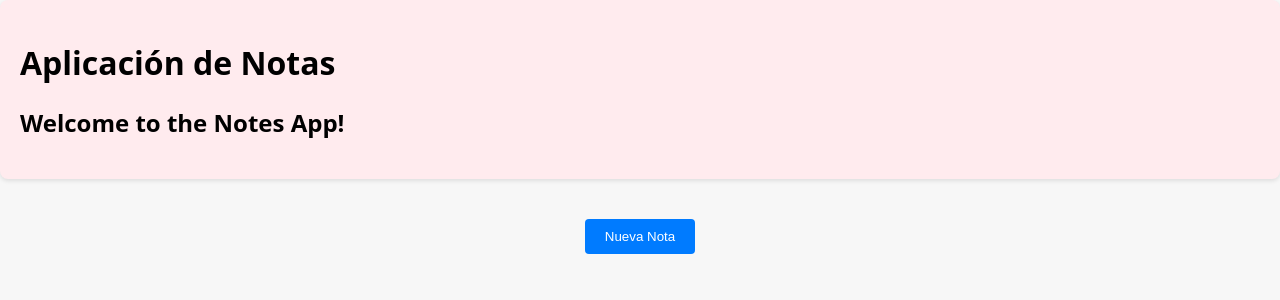
Repository: xunxuno/aplicacion_web_notas
Page: / (app in notas_web_app/)
The author's editor kept a copy of each file at every save. The page is drawn from the files as they stood at one save, then again after the next save.
The browser window is 1280 px wide. The pictures show the whole page.
The project was rebuilt for these pictures with package versions that can differ from the ones it lists, and the page was loaded fresh each time. Also part of the build but not shown: notas_web_app/vite.config.ts, notas_web_app/src/components/Note.tsx, notas_web_app/src/components/NoteCollection.tsx, notas_web_app/src/components/NoteModal.tsx.

Above is the page before, as saved 2024-10-03 11:24:51.

### notas_web_app/src/main.tsx
import React from 'react';
import ReactDOM from 'react-dom/client'; // Cambiado a ReactDOM para el nuevo root API
import App from './App';
import { NotesProvider } from './contexts/NotesContext';
import './styles.css';

ReactDOM.createRoot(document.getElementById('root')!).render(
  <React.StrictMode>
    <NotesProvider>
      <App />
    </NotesProvider>
  </React.StrictMode>,
);

### notas_web_app/src/App.tsx
// src/App.tsx
import React, { useState, useContext, useEffect } from 'react';
import { NotesProvider, NotesContext } from './contexts/NotesContext';
import NoteCollection from './components/NoteCollection';
import NoteModal from './components/NoteModal';
import './styles.css';
import AppBar from './components/AppBar';
import { DndProvider } from 'react-dnd';
import { HTML5Backend } from 'react-dnd-html5-backend';

interface Note {
  id: string;
  title: string;
  content: string;
  collectionId: string;
}

interface NoteCollectionInterface {
  id: string;
  notes: Note[];
}

const App: React.FC = () => {
  const [isModalOpen, setModalOpen] = useState(false);
  const [activeCollectionId, setActiveCollectionId] = useState<string | null>(null);
  const { state, dispatch } = useContext(NotesContext);

  useEffect(() => {
    console.log("Actualización de colecciones:");
    state.collections.forEach((collection: NoteCollectionInterface) => {
      console.log(`Notas en la colección ${collection.id}:`);
      collection.notes.forEach((n: Note) => {
        console.log(`Nota ID: ${n.id}, Título: ${n.title}, Contenido: ${n.content}`);
      });
    });
  }, [state.collections]);

  const handleAddNote = (note: Omit<Note, 'id'>) => {
    // Usa el ID de colección disponible en el estado
    const collectionIdToUse = state.nextCollectionId.toString();

    // Crea la nota con el ID de colección y luego incrementa el siguiente ID
    dispatch({
      type: 'ADD_NOTE',
      payload: { collectionId: collectionIdToUse, note },
    });

    // Incrementa el ID de colección para la próxima nota
    dispatch({ type: 'INCREMENT_COLLECTION_ID' });

    setModalOpen(false);
  };

  const handleOpenModal = () => {
    if (state.collections.length === 0) {
      setActiveCollectionId(null);
    } else {
      setActiveCollectionId(state.collections[0].id);
    }
    setModalOpen(true);
  };

  return (
    <NotesProvider>
      <DndProvider backend={HTML5Backend}>
        <AppBar />
        <div className="app-container">
          <div className="button-container">
            <button className="add-note-button" onClick={handleOpenModal}>
              Nueva Nota
            </button>
          </div>

          <div className="collections-container">
            {state.collections.map((collection: NoteCollectionInterface) => (
              <NoteCollection
                key={collection.id}
                collection={collection}
                onNoteClick={(noteId) => {
                  console.log("Nota ID:", noteId);
                }}
                onCollectionClick={() => setActiveCollectionId(collection.id)}
                onNoteMove={(noteId, targetCollectionId) => {
                  dispatch({ type: 'MOVE_NOTE', payload: { noteId, targetCollectionId } });
                }}
                onDelete={(noteId) => {
                  dispatch({ type: 'DELETE_NOTE', payload: { noteId } });
                }}
              />
            ))}
          </div>

          {isModalOpen && (
            <NoteModal
              onClose={() => setModalOpen(false)}
              onAddNote={handleAddNote}
              activeCollectionId={activeCollectionId!}
            />
          )}
        </div>
      </DndProvider>
    </NotesProvider>
  );
};

export default App;

### notas_web_app/src/contexts/NotesContext.tsx
import React, { createContext, useReducer, ReactNode } from 'react';

interface Note {
  id: string;
  title: string;
  content: string;
}


interface NoteCollectionInterface {
  id: string; // ID de la colección, generado de manera secuencial
  notes: Note[]; // Lista de notas en la colección
}

interface NotesState {
  collections: NoteCollectionInterface[];
  nextNoteId: number; // Para los IDs de las notas
  nextCollectionId: number; // Para los IDs de las colecciones
}



interface AddNoteAction {
  type: 'ADD_NOTE';
  payload: {
    collectionId: string;
    note: Note;
  };
}

interface DeleteNoteAction {
  type: 'DELETE_NOTE';
  payload: {
    collectionId: string;
    noteId: string;
  };
}

interface MoveNoteAction {
  type: 'MOVE_NOTE';
  payload: {
    noteId: string;
    targetCollectionId: string;
  };
}
type NotesAction = AddNoteAction | DeleteNoteAction | MoveNoteAction;

const initialState: NotesState = {
  collections: [],
  nextNoteId: 1, // Empieza desde 1 para el ID de notas
  nextCollectionId: 1, // Empieza desde 1 para el ID de colecciones
};



const NotesContext = createContext<any>(null);

// Reducer para manejar las acciones
const notesReducer = (state: NotesState, action: NotesAction): NotesState => {
  switch (action.type) {
    case 'ADD_NOTE':
      const newNoteId = state.nextNoteId; // ID de la nueva nota
      const collectionId = action.payload.collectionId || state.nextCollectionId.toString();

      // Verificar si la colección ya existe
      const collectionExists = state.collections.some(collection => collection.id === collectionId);

      const updatedCollections = collectionExists
        ? state.collections.map(collection => {
            if (collection.id === collectionId) {
              const newNote = {
                ...action.payload.note,
                id: newNoteId.toString(), // Asigna el nuevo ID a la nota
              };
              return {
                ...collection,
                notes: [...collection.notes, newNote],
              };
            }
            return collection;
          })
        : [
            ...state.collections,
            {
              id: state.nextCollectionId.toString(), // Crea una nueva colección con ID secuencial
              notes: [
                {
                  ...action.payload.note,
                  id: newNoteId.toString(), // Asigna el nuevo ID a la nota
                  collectionId: state.nextCollectionId.toString(), // Asigna el ID de colección a la nota
                },
              ],
            },
          ];

      return {
        ...state,
        collections: updatedCollections,
        nextNoteId: state.nextNoteId + 1, // Incrementa el ID de la nota
        nextCollectionId: state.nextCollectionId + 1, // Incrementa el ID de la colección para la próxima
      };
    case 'DELETE_NOTE':
      return {
        ...state,
        collections: state.collections.map(collection => ({
          ...collection,
          notes: collection.notes.filter(note => note.id !== action.payload.noteId),
        })),
      };
      case 'MOVE_NOTE': {
        const { noteId, targetCollectionId } = action.payload;

        const sourceCollection = state.collections.find((collection) =>
          collection.notes.find((note) => note.id === noteId)
        );

        if (sourceCollection) {
          // Remover la nota de la colección de origen
          sourceCollection.notes = sourceCollection.notes.filter((note) => note.id !== noteId);

          // Agregar la nota a la colección de destino
          const targetCollection = state.collections.find(
            (collection) => collection.id === targetCollectionId
          );

          if (targetCollection) {
            const noteToMove = sourceCollection.notes.find((note) => note.id === noteId);
            if (noteToMove) {
              targetCollection.notes.push(noteToMove);
            }
          }
        }
        return { ...state, collections: [...state.collections] };
      }
      default:
        return state;
  }
};


// Proveedor del contexto con soporte para 'children'
interface NotesProviderProps {
  children: ReactNode; // Definir el tipo de la prop 'children'
}

const NotesProvider: React.FC<NotesProviderProps> = ({ children }) => {
  const [state, dispatch] = useReducer(notesReducer, initialState);

  return (
    <NotesContext.Provider value={{ state, dispatch }}>
      {children}
    </NotesContext.Provider>
  );
};

export { NotesContext, NotesProvider, notesReducer };

### notas_web_app/src/styles.css
body {
    font-family: 'Noto Sans', sans-serif;
    background-color: #f7f7f7;
    margin: 0;
    padding: 0;
    color: #000;
  }

/* styles.css */

.app-container {
  display: flex;
  flex-direction: column;
  align-items: center;
  padding: 20px;
}

.collections-container {
  display: flex;
  flex-wrap: wrap;
  justify-content: center;
  margin-top: 20px;
}

.note-container {
  background-color: #fff;
  border: 1px solid #ccc;
  border-radius: 4px;
  padding: 10px;
  margin: 10px;
  width: 200px; /* Ancho de la nota */
  height: 250px; /* Alto de la nota */
  box-shadow: 2px 2px 5px rgba(0, 0, 0, 0.1);
  position: relative; /* Para el posicionamiento del botón de eliminar */
}

.note-title {
  font-weight: bold;
  font-size: 18px;
}

.note-content {
  font-size: 14px;
  margin-top: 10px;
}

.button-container {
  margin-top: 20px;
}

.add-note-button {
  padding: 10px 20px;
  background-color: #007bff;
  color: white;
  border: none;
  border-radius: 4px;
  cursor: pointer;
}

.add-note-button:hover {
  background-color: #0056b3;
}

.delete-button {
  position: absolute;
  top: 5px;
  right: 5px;
  background-color: red;
  color: white;
  border: none;
  border-radius: 4px;
  cursor: pointer;
}

.delete-button:hover {
  background-color: darkred;
}

### notas_web_app/src/components/AppBar.tsx
// AppBar.tsx
import React from 'react';

const AppBar: React.FC = () => {
  const appBarStyle = {
    backgroundColor: '#ffebee', // Color pastel
    borderRadius: '8px',
    margin: '0',
    padding: '20px',
    boxShadow: '0 2px 4px rgba(0, 0, 0, 0.1)', // Agregar sombra para mayor profundidad
  };

  return (
    <div style={appBarStyle}>
      <h1>Aplicación de Notas</h1>
      <h2>Welcome to the Notes App!</h2>
    </div>
  );
};

export default AppBar;

Loaded but not shown: notas_web_app/index.html (common file)

After the next save:
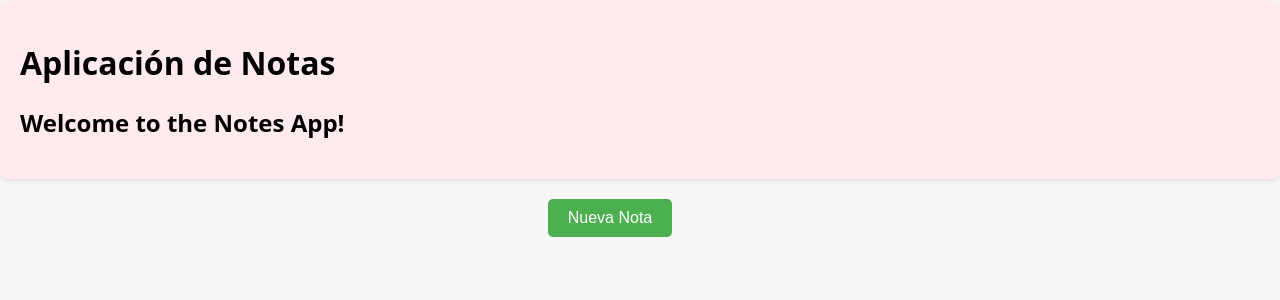
Saved 72 s later.
--- a/notas_web_app/src/styles.css
+++ b/notas_web_app/src/styles.css
@@ -44,21 +44,33 @@
   margin-top: 10px;
 }
 
-.button-container {
-  margin-top: 20px;
+/* Estilo para el botón de agregar nota */
+.add-note-button {
+  background-color: #4CAF50; /* Color de fondo verde */
+  color: white; /* Color del texto */
+  padding: 10px 20px; /* Espaciado interno */
+  border: none; /* Sin borde */
+  border-radius: 5px; /* Bordes redondeados */
+  cursor: pointer; /* Cambia el cursor al pasar sobre el botón */
+  margin-bottom: 20px; /* Espacio debajo del botón */
+  font-size: 16px; /* Tamaño de fuente */
+  transition: background-color 0.3s; /* Transición para el color de fondo */
+  /* Ajustes para centrar el botón */
+  margin-left: auto; /* Empuja el botón a la derecha */
+  margin-right: 60px; /* Margen a la derecha para no pegarse al borde */
 }
 
-.add-note-button {
-  padding: 10px 20px;
-  background-color: #007bff;
-  color: white;
-  border: none;
-  border-radius: 4px;
-  cursor: pointer;
+
+/* Efecto hover para el botón de agregar nota */
+.add-note-button:hover {
+  background-color: #45a049; /* Color de fondo más oscuro al pasar el mouse */
 }
-
-.add-note-button:hover {
-  background-color: #0056b3;
+.button-container {
+  display: flex; /* Usar flexbox para alinear los elementos */
+  justify-content: flex-end; /* Alinear los elementos al final (derecha) */
+  margin-bottom: 20px; /* Margen inferior para separar del siguiente elemento */
+  padding: 0 20px; /* Espaciado interno a la izquierda y derecha */
+  /* Esto asegura que el botón no se salga del borde */
 }
 
 .delete-button {

After the save that followed:
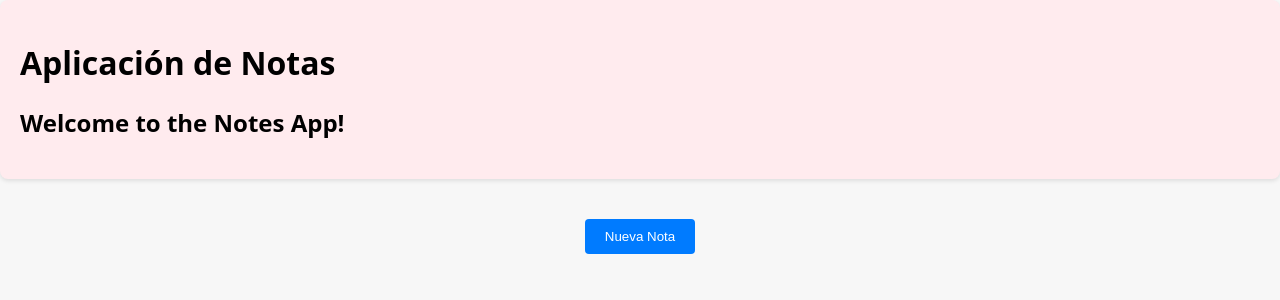
Saved 32 s later.
--- a/notas_web_app/src/styles.css
+++ b/notas_web_app/src/styles.css
@@ -44,33 +44,21 @@
   margin-top: 10px;
 }
 
-/* Estilo para el botón de agregar nota */
-.add-note-button {
-  background-color: #4CAF50; /* Color de fondo verde */
-  color: white; /* Color del texto */
-  padding: 10px 20px; /* Espaciado interno */
-  border: none; /* Sin borde */
-  border-radius: 5px; /* Bordes redondeados */
-  cursor: pointer; /* Cambia el cursor al pasar sobre el botón */
-  margin-bottom: 20px; /* Espacio debajo del botón */
-  font-size: 16px; /* Tamaño de fuente */
-  transition: background-color 0.3s; /* Transición para el color de fondo */
-  /* Ajustes para centrar el botón */
-  margin-left: auto; /* Empuja el botón a la derecha */
-  margin-right: 60px; /* Margen a la derecha para no pegarse al borde */
+.button-container {
+  margin-top: 20px;
 }
 
+.add-note-button {
+  padding: 10px 20px;
+  background-color: #007bff;
+  color: white;
+  border: none;
+  border-radius: 4px;
+  cursor: pointer;
+}
 
-/* Efecto hover para el botón de agregar nota */
 .add-note-button:hover {
-  background-color: #45a049; /* Color de fondo más oscuro al pasar el mouse */
-}
-.button-container {
-  display: flex; /* Usar flexbox para alinear los elementos */
-  justify-content: flex-end; /* Alinear los elementos al final (derecha) */
-  margin-bottom: 20px; /* Margen inferior para separar del siguiente elemento */
-  padding: 0 20px; /* Espaciado interno a la izquierda y derecha */
-  /* Esto asegura que el botón no se salga del borde */
+  background-color: #0056b3;
 }
 
 .delete-button {
